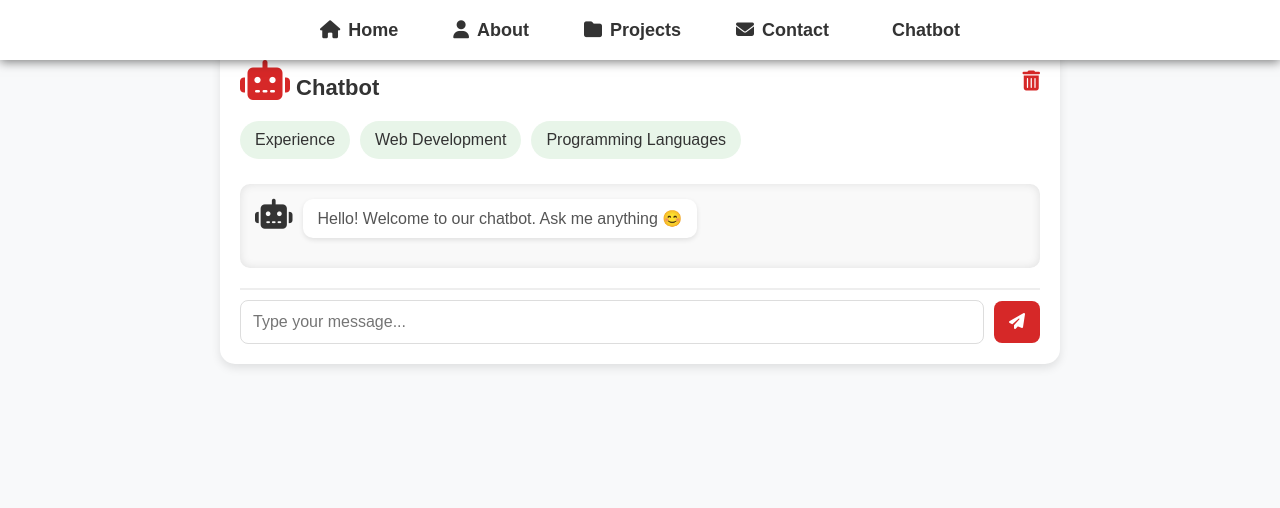
Repository: asandan8106/Asanda-sPortfolio
Page: Portfolio/chatbot.html
An editor plug-in stored every save of this project. The page is shown before and after the next save, followed by the edit.
The browser window is 1280 px wide. The pictures show the whole page.

Above is the page before, as saved 2025-05-19 12:20:31.

### Portfolio/chatbot.html
<!DOCTYPE html>
<html lang="en">
<head>
    <meta charset="UTF-8">
    <meta name="viewport" content="width=device-width, initial-scale=1.0">
    <title>Chatbot - Portfolio</title>
    <link href="https://cdnjs.cloudflare.com/ajax/libs/font-awesome/6.5.0/css/all.min.css" rel="stylesheet">
      <link rel="stylesheet" href="styles/CSS/chatbot.css" />
</head>
<body>

    <!-- Navbar -->
    <nav class="navbar">
        <div class="icon-bar">
            <a href="index.html"><i class="fa fa-home"></i><span>Home</span></a>
            <a href="About.html"><i class="fa fa-user"></i><span>About</span></a>
            <a href="project.html"><i class="fa fa-folder"></i><span>Projects</span></a>
            <a href="contact.html"><i class="fa fa-envelope"></i><span>Contact</span></a>
            <a href="chatbot.html"><i class="fa fa-wechat"></i><span>Chatbot</span></a>
        </div>
    </nav>
</header>
    <!-- Chatbot Section -->
    <div class="chat-container">
        <!-- Chat Header -->
        <div class="chat-header">
            <span><i class="fas fa-robot bot-icon"></i> Chatbot</span>
            <i class="fas fa-trash-alt delete-btn" onclick="clearMessages()"></i>
        </div>

        <!-- FAQs -->
        <div class="faq-container">
            <div class="faq-bubble" onclick="displayFAQ('What is your experience in software development?')">Experience</div>
            <div class="faq-bubble" onclick="displayFAQ('Can you help with web development?')">Web Development</div>
            <div class="faq-bubble" onclick="displayFAQ('What programming languages do you know?')">Programming Languages</div>
        </div>

        <!-- Chat Box -->
        <div class="chat-box" id="chat-box">
            <div class="bot-message message">
                <i class="fas fa-robot"></i>
                <span>Hello! Welcome to our chatbot. Ask me anything 😊</span>
            </div>
        </div>

        <!-- Input Section -->
        <div class="input-container">
            <input type="text" id="user-input" placeholder="Type your message..." />
            <button onclick="sendMessage()"><i class="fas fa-paper-plane"></i></button>
        </div>
    </div>

    <script src="Javascript/script.js"></script>
</body>
</html>

### Portfolio/styles/CSS/chatbot.css
   /* General Styles */
        body {
            font-family: 'Arial', sans-serif;
            margin: 0;
            padding: 0;
            background-color: #f8f9fa;
            color: #333;
        }

        /* Navbar Styles */
     .navbar {
    display: flex;
    justify-content: center;
    align-items: center;
    background: #fff;/* Transparent black for overlay effect */
    position: fixed;
    top: 0;
    width: 100%;
    height: 60px;
    z-index: 100;
    box-shadow: 0px 2px 10px rgba(0, 0, 0, 0.5);
}

     .navbar .icon-bar {
    display: flex;
    gap: 25px;
}

        .navbar .icon-bar a {
        text-decoration: none;
            color: rgba(0, 0, 0, 0.8);
             font-size: 18px;
                font-weight: bold;
                 display: flex;
                  align-items: center;
                    transition: color 0.3s, background 0.3s;
                        padding: 8px 15px;
                            border-radius: 5px;
}

.navbar .icon-bar a i {
    margin-right: 8px;
}

.navbar .icon-bar a:hover {
    color: #d62828;
    background: rgba(255, 255, 255, 0.2);
}

.navbar .icon-bar a span {
    display: inline-block;
}

.navbar-right a:hover {
    color: #ff66b2;
}
        /* Chat Container */
        .chat-container {
            max-width: 800px;
            margin: 40px auto;
            background: #ffffff;
            border-radius: 15px;
            padding: 20px;
            box-shadow: 0 4px 10px rgba(0, 0, 0, 0.1);
        }

        /* Chat Header */
        .chat-header {
            display: flex;
            align-items: center;
            justify-content: space-between;
            margin-bottom: 20px;
        }

        .chat-header .bot-icon {
            font-size: 40px;
            color: #d62828;
        }

        .chat-header span {
            font-size: 22px;
            font-weight: bold;
            color: #333;
        }

        .chat-header .delete-btn {
            font-size: 20px;
            cursor: pointer;
            color: #d62828;
            transition: color 0.3s ease;
        }

        .chat-header .delete-btn:hover {
            color: #b71c1c;
        }

        /* FAQ Section */
        .faq-container {
            margin-bottom: 25px;
            display: flex;
            gap: 10px;
            flex-wrap: wrap;
        }

        .faq-container .faq-bubble {
            padding: 10px 15px;
            background-color: #e8f5e9;
            border-radius: 20px;
            font-size: 16px;
            color: #333;
            cursor: pointer;
            transition: background-color 0.3s ease;
        }

        .faq-container .faq-bubble:hover {
            background-color: #c8e6c9;
        }

        /* Chat Box */
        .chat-box {
            background-color: #f9f9f9;
            border-radius: 10px;
            padding: 15px;
            max-height: 300px;
            overflow-y: auto;
            margin-bottom: 20px;
            box-shadow: inset 0 0 10px rgba(0, 0, 0, 0.1);
        }

        .chat-box .message {
            display: flex;
            align-items: flex-start;
            margin-bottom: 15px;
        }

        .chat-box .message i {
            font-size: 30px;
            margin-right: 10px;
        }

        .chat-box .message span {
            font-size: 16px;
            color: #555;
            background: #fff;
            padding: 10px 15px;
            border-radius: 10px;
            box-shadow: 0 2px 5px rgba(0, 0, 0, 0.1);
        }

        .bot-message span {
            background-color: #e8f5e9;
        }

        .user-message span {
            background-color: #e3f2fd;
        }

        /* Input Section */
        .input-container {
            display: flex;
            align-items: center;
            border-top: 2px solid #eee;
            padding-top: 10px;
        }

        .input-container input {
            flex: 1;
            padding: 12px;
            font-size: 16px;
            border: 1px solid #ddd;
            border-radius: 8px;
            margin-right: 10px;
        }

        .input-container input:focus {
            outline: none;
            border-color: #d62828;
        }

        .input-container button {
            background-color: #d62828;
            color: #fff;
            border: none;
            padding: 12px 15px;
            border-radius: 8px;
            font-size: 16px;
            cursor: pointer;
            transition: background-color 0.3s ease;
        }

        .input-container button:hover {
            background-color: #b71c1c;
        }

### Portfolio/Javascript/script.js
const chatBox = document.getElementById("chat-box");
const userInput = document.getElementById("user-input");

// Function to send a message
function sendMessage() {
    const message = userInput.value.trim();
    if (message === "") return;

    displayMessage(message, "user-message", "fas fa-user");

    setTimeout(() => {
        const response = getBotResponse(message);
        displayMessage(response, "bot-message", "fas fa-robot");
    }, 500);

    userInput.value = "";
}

// Function to display a message
function displayMessage(message, className, iconClass) {
    const messageElement = document.createElement("div");
    messageElement.className = `${className} message`;

    const iconElement = document.createElement("i");
    iconElement.className = iconClass;

    const textElement = document.createElement("span");
    textElement.textContent = message;

    messageElement.appendChild(iconElement);
    messageElement.appendChild(textElement);
    chatBox.appendChild(messageElement);
    chatBox.scrollTop = chatBox.scrollHeight;
}

// Function to get bot response
function getBotResponse(input) {
    input = input.toLowerCase();

    if (input.includes("experience")) {
        return "I have recently completed an IT degree and have skills in HTML, CSS, JavaScript, SQL, C++, and Java.";
    } else if (input.includes("web development")) {
        return "Yes, I can help with web development from scratch!";
    } else if (input.includes("programming languages")) {
        return "I am proficient in HTML, CSS, JavaScript, SQL, Python, COBOL, C++, and Java.";
    } else if (input.includes("name")) {
        return "I am Asanda Ngwenya, a Software Developer 😊";
    } else if (input.includes("contact")) {
        return "You can contact me at ngwenyaasanda13@gmail.com.";
    } else {
        return "I'm here to help! Feel free to ask me anything 😊";
    }
}

// Function to display FAQ questions
function displayFAQ(question) {
    displayMessage(question, "user-message", "fas fa-user");
    setTimeout(() => {
        const response = getBotResponse(question);
        displayMessage(response, "bot-message", "fas fa-robot");
    }, 500);
}

// Function to clear all messages
function clearMessages() {
    chatBox.innerHTML = "";
}

// Send message on Enter key press
userInput.addEventListener("keypress", function(event) {
    if (event.key === "Enter") {
        sendMessage();
    }
});

After the next save:
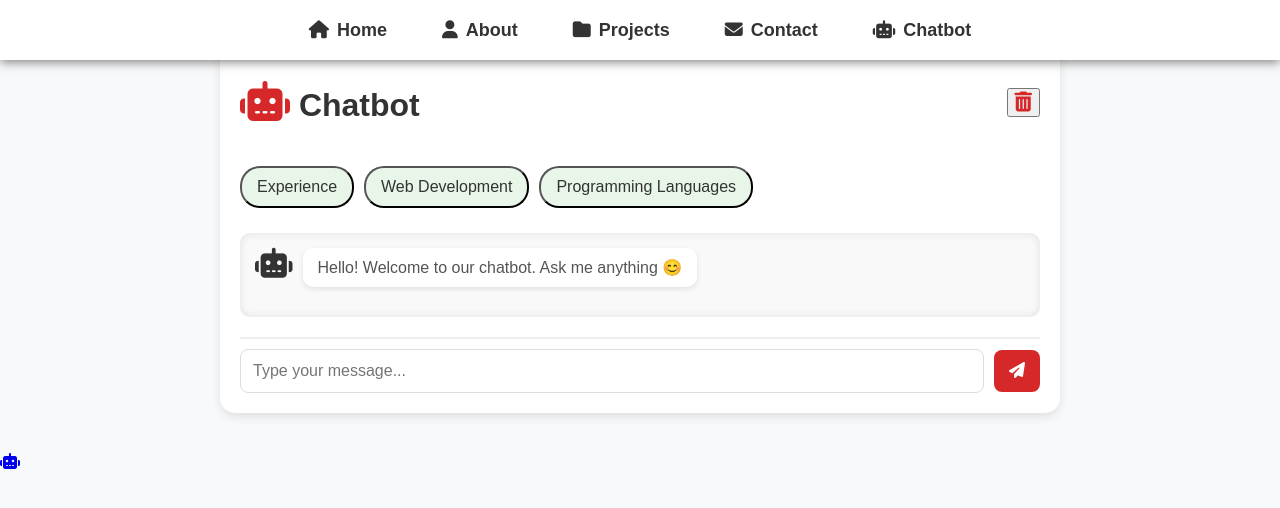
Saved 83 min 20 s later.
--- a/Portfolio/chatbot.html
+++ b/Portfolio/chatbot.html
@@ -1,55 +1,67 @@
 <!DOCTYPE html>
 <html lang="en">
 <head>
-    <meta charset="UTF-8">
-    <meta name="viewport" content="width=device-width, initial-scale=1.0">
-    <title>Chatbot - Portfolio</title>
-    <link href="https://cdnjs.cloudflare.com/ajax/libs/font-awesome/6.5.0/css/all.min.css" rel="stylesheet">
-      <link rel="stylesheet" href="styles/CSS/chatbot.css" />
+  <meta charset="UTF-8" />
+  <meta name="viewport" content="width=device-width, initial-scale=1" />
+  <title>Chatbot - Portfolio</title>
+  <link
+    href="https://cdnjs.cloudflare.com/ajax/libs/font-awesome/6.5.0/css/all.min.css"
+    rel="stylesheet"
+  />
+  <link rel="stylesheet" href="styles/CSS/chatbot.css" />
 </head>
 <body>
 
-    <!-- Navbar -->
-    <nav class="navbar">
-        <div class="icon-bar">
-            <a href="index.html"><i class="fa fa-home"></i><span>Home</span></a>
-            <a href="About.html"><i class="fa fa-user"></i><span>About</span></a>
-            <a href="project.html"><i class="fa fa-folder"></i><span>Projects</span></a>
-            <a href="contact.html"><i class="fa fa-envelope"></i><span>Contact</span></a>
-            <a href="chatbot.html"><i class="fa fa-wechat"></i><span>Chatbot</span></a>
-        </div>
-    </nav>
-</header>
-    <!-- Chatbot Section -->
-    <div class="chat-container">
-        <!-- Chat Header -->
-        <div class="chat-header">
-            <span><i class="fas fa-robot bot-icon"></i> Chatbot</span>
-            <i class="fas fa-trash-alt delete-btn" onclick="clearMessages()"></i>
-        </div>
+  <!-- Navbar -->
+  <nav class="navbar">
+    <div class="icon-bar">
+      <a href="index.html"><i class="fa fa-home"></i><span>Home</span></a>
+      <a href="About.html"><i class="fa fa-user"></i><span>About</span></a>
+      <a href="project.html"><i class="fa fa-folder"></i><span>Projects</span></a>
+      <a href="contact.html"><i class="fa fa-envelope"></i><span>Contact</span></a>
+      <a href="chatbot.html" class="active"><i class="fa fa-robot"></i><span>Chatbot</span></a>
+    </div>
+  </nav>
 
-        <!-- FAQs -->
-        <div class="faq-container">
-            <div class="faq-bubble" onclick="displayFAQ('What is your experience in software development?')">Experience</div>
-            <div class="faq-bubble" onclick="displayFAQ('Can you help with web development?')">Web Development</div>
-            <div class="faq-bubble" onclick="displayFAQ('What programming languages do you know?')">Programming Languages</div>
-        </div>
+  <!-- Chatbot Container -->
+  <main class="chat-container" role="main" aria-label="Chatbot interface">
+    <header class="chat-header">
+      <h1><i class="fas fa-robot bot-icon"></i> Chatbot</h1>
+      <button class="delete-btn" onclick="clearMessages()" aria-label="Clear chat">
+        <i class="fas fa-trash-alt"></i>
+      </button>
+    </header>
 
-        <!-- Chat Box -->
-        <div class="chat-box" id="chat-box">
-            <div class="bot-message message">
-                <i class="fas fa-robot"></i>
-                <span>Hello! Welcome to our chatbot. Ask me anything 😊</span>
-            </div>
-        </div>
+    <section class="faq-container" aria-label="Frequently asked questions">
+      <button class="faq-bubble" onclick="displayFAQ('What is your experience in software development?')">Experience</button>
+      <button class="faq-bubble" onclick="displayFAQ('Can you help with web development?')">Web Development</button>
+      <button class="faq-bubble" onclick="displayFAQ('What programming languages do you know?')">Programming Languages</button>
+    </section>
 
-        <!-- Input Section -->
-        <div class="input-container">
-            <input type="text" id="user-input" placeholder="Type your message..." />
-            <button onclick="sendMessage()"><i class="fas fa-paper-plane"></i></button>
-        </div>
-    </div>
+    <section class="chat-box" id="chat-box" aria-live="polite" aria-atomic="false">
+      <div class="bot-message message">
+        <i class="fas fa-robot"></i>
+        <span>Hello! Welcome to our chatbot. Ask me anything 😊</span>
+      </div>
+    </section>
 
-    <script src="Javascript/script.js"></script>
+    <form class="input-container" onsubmit="event.preventDefault(); sendMessage();" aria-label="Send message to chatbot">
+      <input
+        type="text"
+        id="user-input"
+        placeholder="Type your message..."
+        autocomplete="off"
+        aria-required="true"
+      />
+      <button type="submit" aria-label="Send message"><i class="fas fa-paper-plane"></i></button>
+    </form>
+  </main>
+
+  <!-- Floating Chatbot Icon for global navigation -->
+  <a href="chatbot.html" class="chatbot-float" aria-label="Open Chatbot">
+    <i class="fas fa-robot"></i>
+  </a>
+
+  <script src="Javascript/script.js"></script>
 </body>
 </html>
